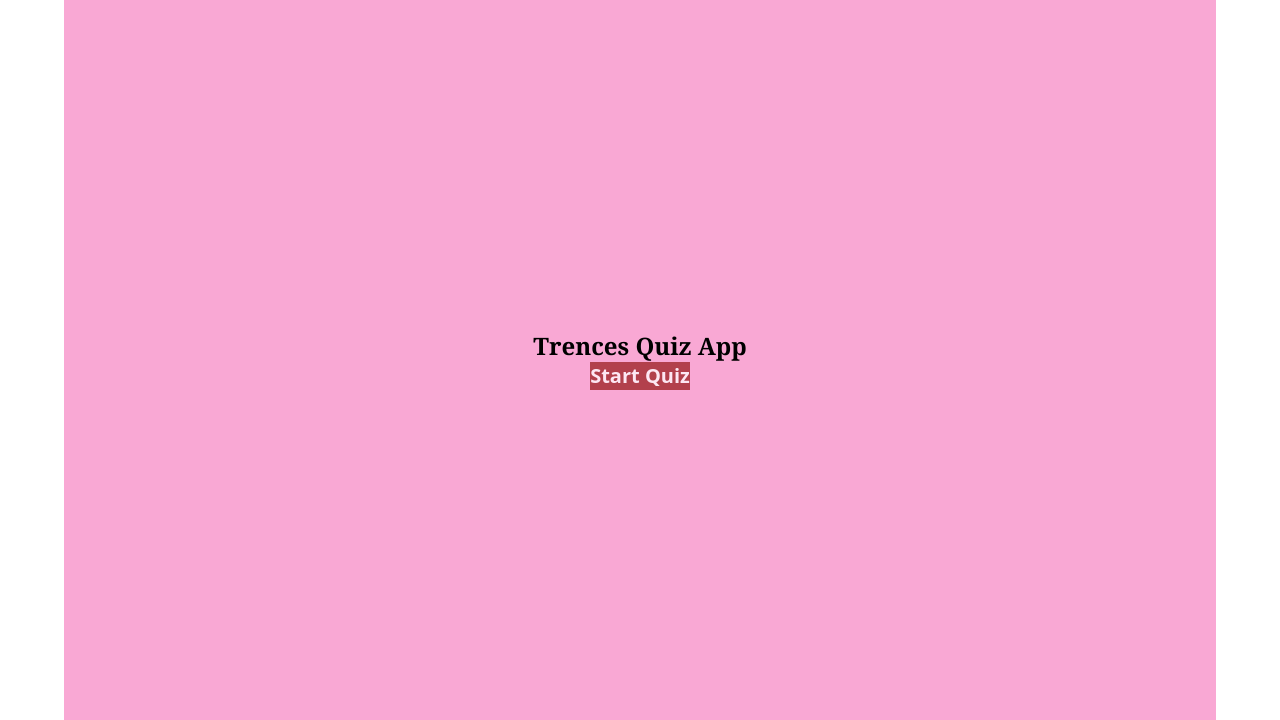
Repository: Semanmernstack/Quiz-react-app
Page: /
The author's editor kept a copy of each file at every save. The page is drawn from the files as they stood at one save, then again after the next save.
The browser window is 1280 px wide. The pictures show the whole page.
The project was rebuilt for these pictures with package versions that can differ from the ones it lists, and the page was loaded fresh each time. Also part of the build but not shown: src/Game/Questions.js, src/components/Quiz.js, src/components/End.js.

Above is the page before, as saved 2023-01-30 01:28:30.

After the next save:
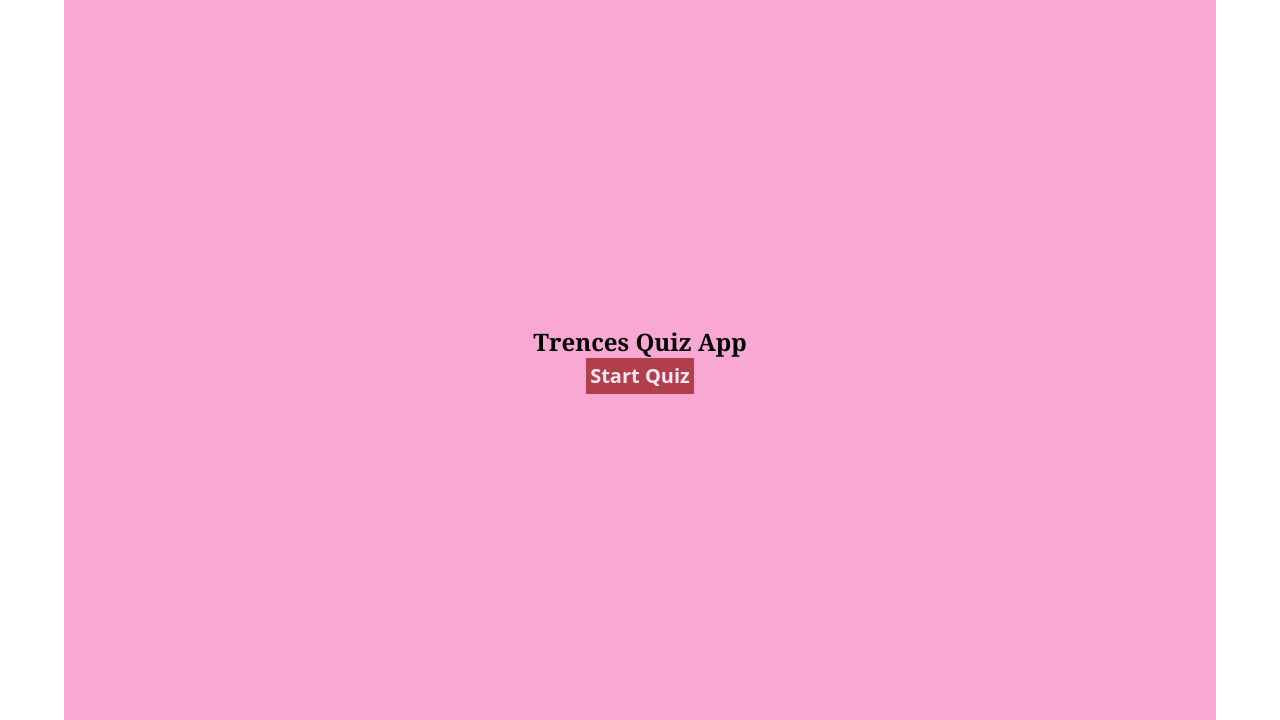
Saved 9 s later.
--- a/src/components/Menu.js
+++ b/src/components/Menu.js
@@ -5,7 +5,7 @@ function Menu() {
     const { setGame} = useContext(QuizContext)
   return (
     <div className="flex">
-        <button className="font-bold  text-xl cursor-pointer bg-red-800 text-white animate-pulse" onClick={() => {setGame("quiz")}} >Start Quiz</button>
+        <button className="font-bold  text-xl cursor-pointer bg-red-800 text-white animate-pulse p-1" onClick={() => {setGame("quiz")}} >Start Quiz</button>
 
     </div>
   )
